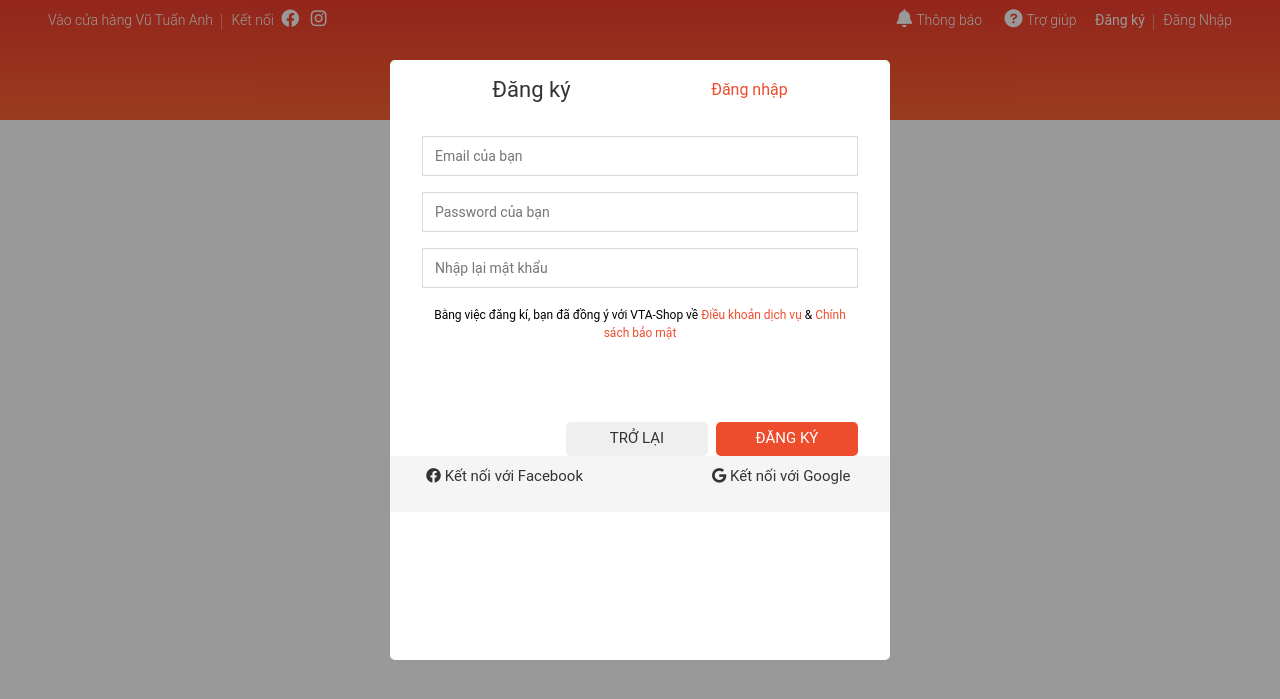
Repository: VuTuanAnh0949/Shopee
Page: index.html
These files come from the project's save history. The page is drawn as it stood at one moment and after the next save; the edit follows.
The browser window is 1280 px wide. The pictures show the whole page.

Above is the page before, as saved 2022-02-15 09:37:38.

After the next save:
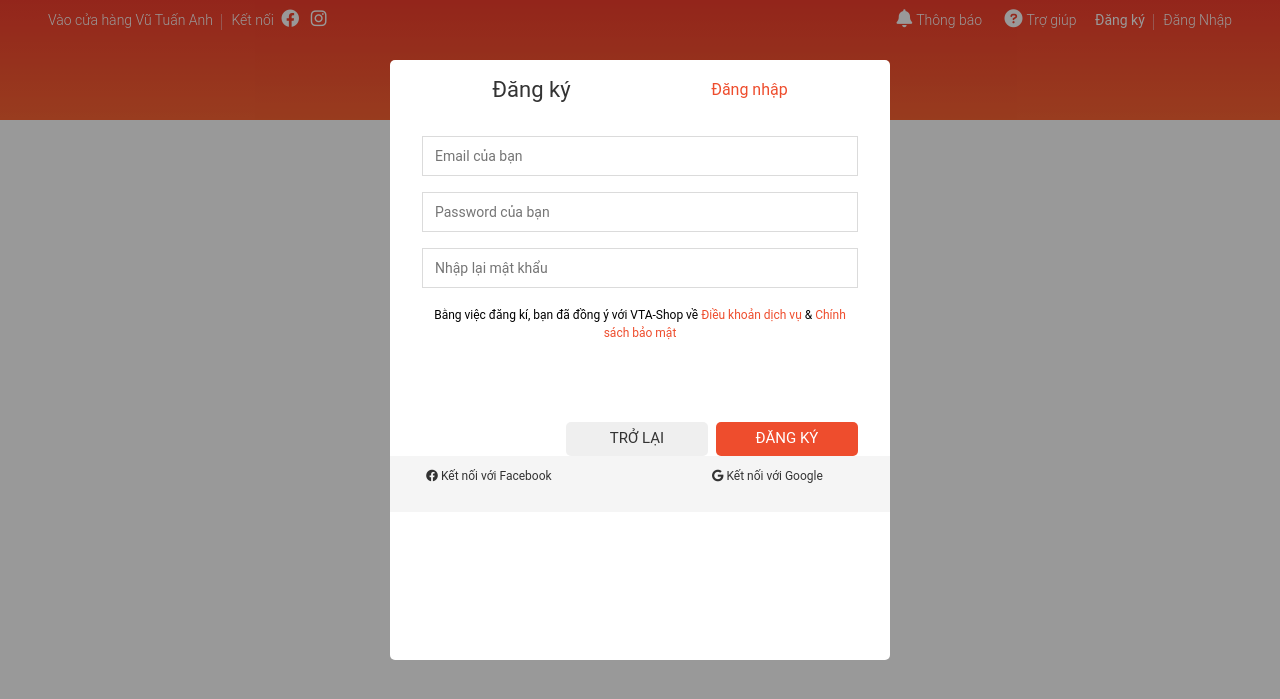
Saved 32 s later.
--- a/assets/css/base.css
+++ b/assets/css/base.css
@@ -76,6 +76,7 @@ html {
 }
 .btn.btn--size-s{
   height: 32px;
+  font-size: 12px;
 }
 /* .. dùng để css 1 element có 2 class */
 .btn.btn--primary{
